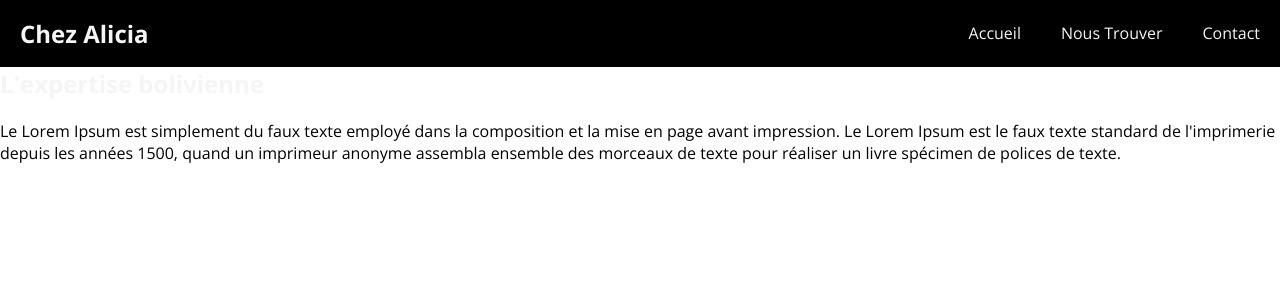
Repository: Hiliyeh/static-coffee
Page: index.html
These files come from the project's save history. The page is drawn as it stood at one moment and after the next save; the edit follows.
The browser window is 1280 px wide. The pictures show the whole page.

Above is the page before, as saved 2020-05-02 17:56:41.

After the next save:
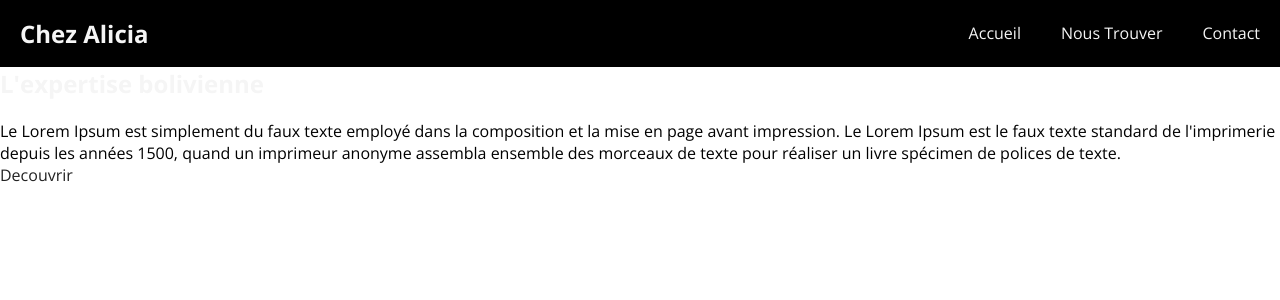
Saved 3 min 32 s later.
--- a/index.html
+++ b/index.html
@@ -27,7 +27,7 @@
       <div class="vp-content">
         <h1>L'expertise bolivienne</h1>
       </div>
-      <div>
+      <div class="seperator">
         <p>
           Le Lorem Ipsum est simplement du faux texte employé dans la
           composition et la mise en page avant impression. Le Lorem Ipsum est le
@@ -35,7 +35,7 @@
           imprimeur anonyme assembla ensemble des morceaux de texte pour
           réaliser un livre spécimen de polices de texte.
         </p>
-        <a href="http://"></a>
+        <a href="./lieux.html" class="btn btn-primary my-10">Decouvrir</a>
       </div>
     </section>
   </body>
